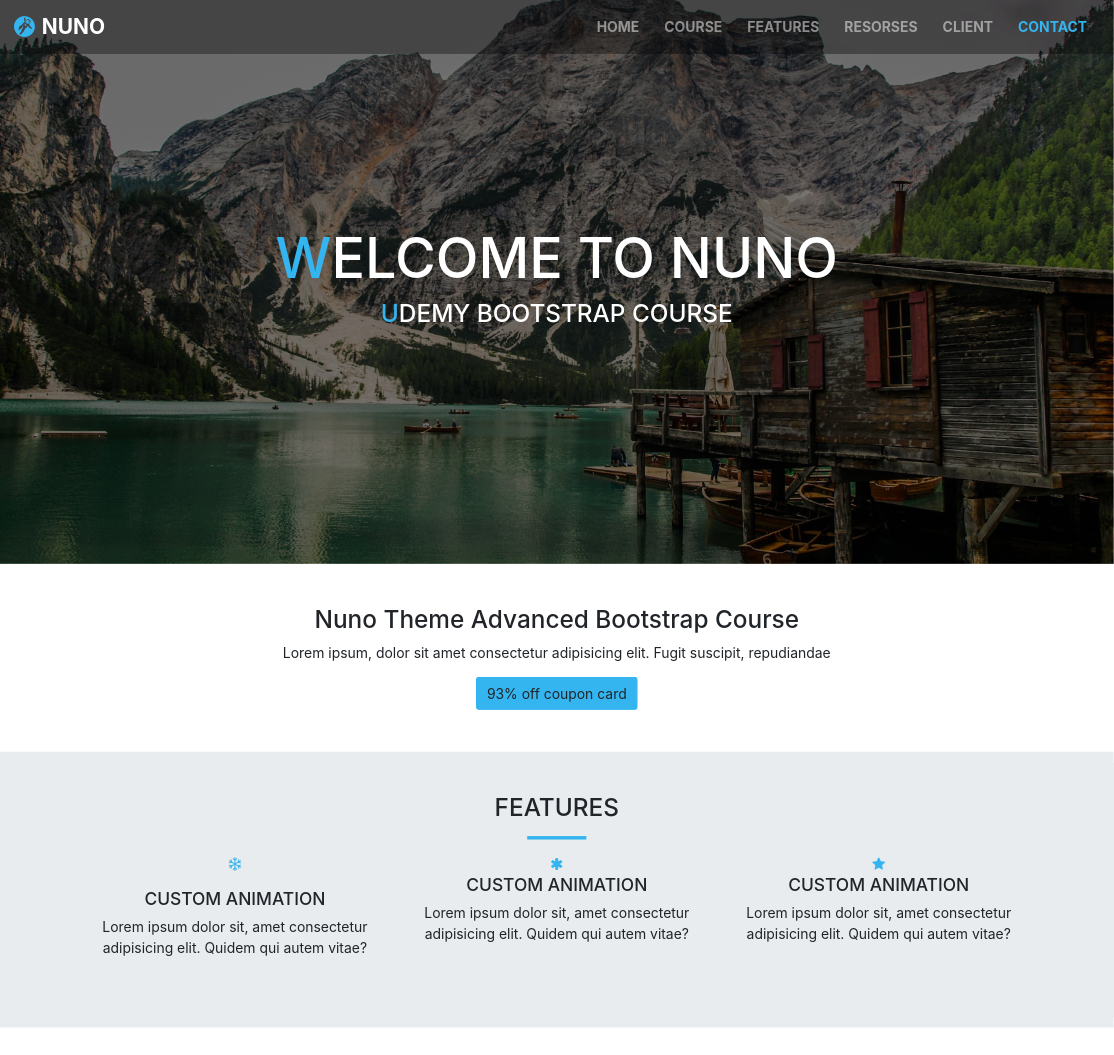
Repository: Mietlicha/bootstrap_template_exercise
Page: index.html
The author's editor kept a copy of each file at every save. The page is drawn from the files as they stood at one save, then again after the next save.
The browser window is 1280 px wide. The pictures show the whole page, at 87% of full size.

Above is the page before, as saved 2019-11-19 20:32:19.

### index.html
<!DOCTYPE html>
<html lang="en">

<head>
    <meta charset="UTF-8">
    <meta name="viewport" content="width=device-width, initial-scale=1.0">
    <meta http-equiv="X-UA-Compatible" content="ie=edge">
    <title>Bootstrap template</title>
    <link rel="stylesheet" href="https://stackpath.bootstrapcdn.com/bootstrap/4.3.1/css/bootstrap.min.css"
        integrity="sha384-ggOyR0iXCbMQv3Xipma34MD+dH/1fQ784/j6cY/iJTQUOhcWr7x9JvoRxT2MZw1T" crossorigin="anonymous">
    <link rel="stylesheet" href="style.css">
    <link rel="stylesheet" href="https://cdnjs.cloudflare.com/ajax/libs/font-awesome/4.7.0/css/font-awesome.min.css">
</head>

<body data-spy="scroll" data-target="#main-nav">
    <!--------------------nav/home-------------------------------------------------------------------->
    <nav id="main-nav" class="navbar navbar-expand-md navbar-dark bg-dark font-weight-bold fixed-top">
        <a class="navbar-brand" href="#"><i class="fa fa-grav mr-2" aria-hidden="true"></i>Nuno</a>
        <button class="navbar-toggler" type="button" data-toggle="collapse" data-target="#navbarSupportedContent"
            aria-controls="navbarSupportedContent" aria-expanded="false" aria-label="Toggle navigation">
            <span class="navbar-toggler-icon"></span>
        </button>

        <div class="collapse navbar-collapse" id="navbarSupportedContent">
            <ul class="navbar-nav ml-auto">
                <li class="nav-item">
                    <a class="nav-link" href="#home">Home</a>
                </li>
                <li class="nav-item">
                    <a class="nav-link" href="#course">Course</a>
                </li>
                <li class="nav-item">
                    <a class="nav-link" href="#feature">Features</a>
                </li>
                <li class="nav-item">
                    <a class="nav-link" href="#resourses">Resorses</a>
                </li>
                <li class="nav-item">
                    <a class="nav-link" href="#client">Client</a>
                </li>
                <li class="nav-item">
                    <a class="nav-link" href="#contact">Contact</a>
                </li>
        </div>
    </nav>
<!--------------------main----------------------------------------------------------------->
<main>
    <!--------------------home-------------------->
    <section id="home">
        <div class="home--landing-page">
        </div>
        <div class="home--caption">
            <h1>Welcome to Nuno</h1>
            <h3>Udemy bootstrap course</h3>
        </div>
    </section>

    <!--------------------corse-------------------->
    <section id="course" class="container text-center mt-5 mb-5">
        <header><h3>Nuno Theme Advanced Bootstrap Course</h3></header>
        <p>Lorem ipsum, dolor sit amet consectetur adipisicing elit. Fugit suscipit, repudiandae
        </p>
        <a href="#" class="btn btn-md" target="_blnk">93% off coupon card</a>
    </section>
    <!--------------------feature-------------------->
    <section id="feature">
            <div class="jumbotron jumbotron-fluid text-center pt-5">
                    <header><h3>features</h3></header>
                    <hr>
                    <div class="container d-md-flex">
                        <div class="feature-item col-md-4">
                            <i class="fa fa-snowflake-o" aria-hidden="true"></i>
                            <h5 class="pt-3">custom animation</h5>
                            <p>Lorem ipsum dolor sit, amet consectetur adipisicing elit. Quidem qui autem vitae?</p>
                        </div>
                        <div class="feature-item col-md-4">
                                <i class="fa fa-asterisk" aria-hidden="true"></i>
                                <h5>custom animation</h5>
                                <p>Lorem ipsum dolor sit, amet consectetur adipisicing elit. Quidem qui autem vitae?</p>
                        </div>
                        <div class="feature-item col-md-4">
                                <i class="fa fa-star" aria-hidden="true"></i>
                                <h5>custom animation</h5>
                                <p>Lorem ipsum dolor sit, amet consectetur adipisicing elit. Quidem qui autem vitae?</p>
                        </div>
                    </div>
                  </div>
    </section>
    <!--------------------Resourses-------------------->
    <section id="resourses">

    </section>
    <!--------------------Client-------------------->
    <section id="client">

    </section>
    <!--------------------Contact-------------------->
    <section id="contact">

    </section>
</main>

    <script src="https://code.jquery.com/jquery-3.3.1.slim.min.js"
        integrity="sha384-q8i/X+965DzO0rT7abK41JStQIAqVgRVzpbzo5smXKp4YfRvH+8abtTE1Pi6jizo"
        crossorigin="anonymous"></script>
    <script src="https://cdnjs.cloudflare.com/ajax/libs/popper.js/1.14.7/umd/popper.min.js"
        integrity="sha384-UO2eT0CpHqdSJQ6hJty5KVphtPhzWj9WO1clHTMGa3JDZwrnQq4sF86dIHNDz0W1"
        crossorigin="anonymous"></script>
    <script src="https://stackpath.bootstrapcdn.com/bootstrap/4.3.1/js/bootstrap.min.js"
        integrity="sha384-JjSmVgyd0p3pXB1rRibZUAYoIIy6OrQ6VrjIEaFf/nJGzIxFDsf4x0xIM+B07jRM"
        crossorigin="anonymous"></script>
</body>

</html>

### style.css
:root{
--main-colour: rgb(53, 181, 240);
font-size: 14px;
}

body{
    position: relative;
}

/************************NAV******************************************/
.bg-dark {
    background-color: #0a0a0a60!important;
}

.navbar-dark .navbar-nav .nav-link:hover{
    color: rgb(255, 255, 255);
}

.nav-link{
    padding: 0 7rem;
}

#main-nav {
text-transform: uppercase;
}

#main-nav .navbar-brand{
    font-size: 1.5rem;
}

#main-nav .navbar-brand i{
    color: var(--main-colour);
}

.navbar-dark .navbar-nav .nav-link.active{
    color: var(--main-colour);
    font-weight: bold;
}

.navbar-dark .navbar-nav .nav-link{
    padding-top: .9rem;
}

/*Nav*/
@media (min-width: 500px){
:root{
    font-size: 16px;
}

@media (min-width: 768px){
.navbar-expand-md .navbar-nav .nav-link {
    padding-right: .9rem;
    padding-left: .9rem;
    padding-top: 0;
}
}

/************************Home******************************************/
#home{
    position: relative;
}

.home--landing-page{
    background: linear-gradient(rgba(0, 0, 0, 0.534), rgba(0, 0, 0, 0.534)), url(img/tlo.jpg) center/cover no-repeat;
    width: 100vw;
    height: 90vh;
}

.home--caption{
    width: 100%;
    position: absolute;
    top: 40%;
    z-index: 3;
    text-align: center;
    color: #fff;
    text-transform: uppercase;
}

.home--caption h1{
    font-size: 4rem;
}

.home--caption h1::first-letter, .home--caption h3::first-letter{
    color: var(--main-colour);
}

/************************Course******************************************/
#course .btn{
    background-color: var(--main-colour);
}

/************************Feature******************************************/
#feature hr{
width: 5%;
border: 2px solid var(--main-colour);
}

#feature i{
    color: var(--main-colour);
}

#feature .feature-item h5, #feature header{
    text-transform: uppercase;
}

@media (min-width: 576px)
.jumbotron {
    padding: 12rem 2rem;
}

After the next save:
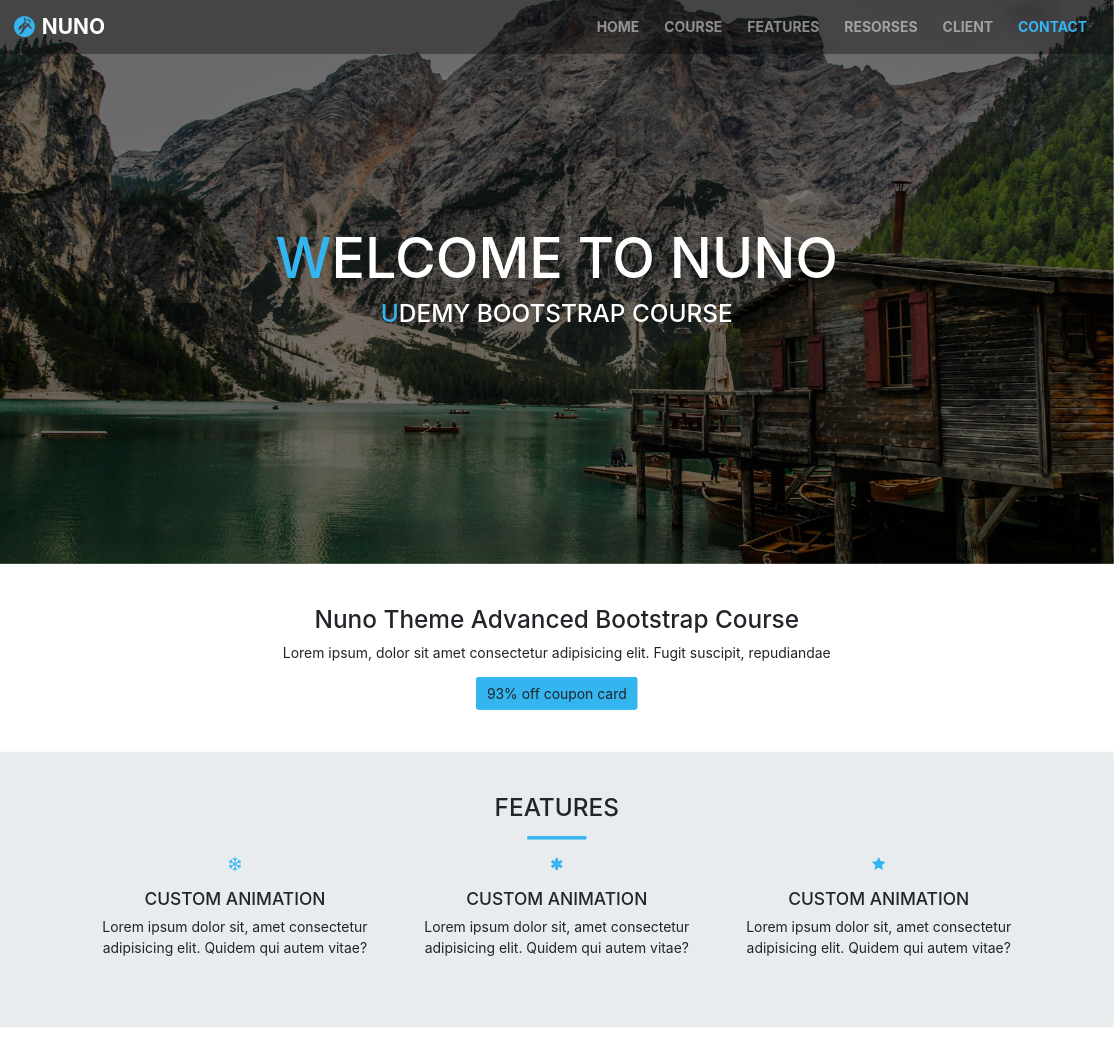
Saved 22 s later.
--- a/index.html
+++ b/index.html
@@ -75,12 +75,12 @@
                         </div>
                         <div class="feature-item col-md-4">
                                 <i class="fa fa-asterisk" aria-hidden="true"></i>
-                                <h5>custom animation</h5>
+                                <h5 class="pt-3">custom animation</h5>
                                 <p>Lorem ipsum dolor sit, amet consectetur adipisicing elit. Quidem qui autem vitae?</p>
                         </div>
                         <div class="feature-item col-md-4">
                                 <i class="fa fa-star" aria-hidden="true"></i>
-                                <h5>custom animation</h5>
+                                <h5 class="pt-3">custom animation</h5>
                                 <p>Lorem ipsum dolor sit, amet consectetur adipisicing elit. Quidem qui autem vitae?</p>
                         </div>
                     </div>
